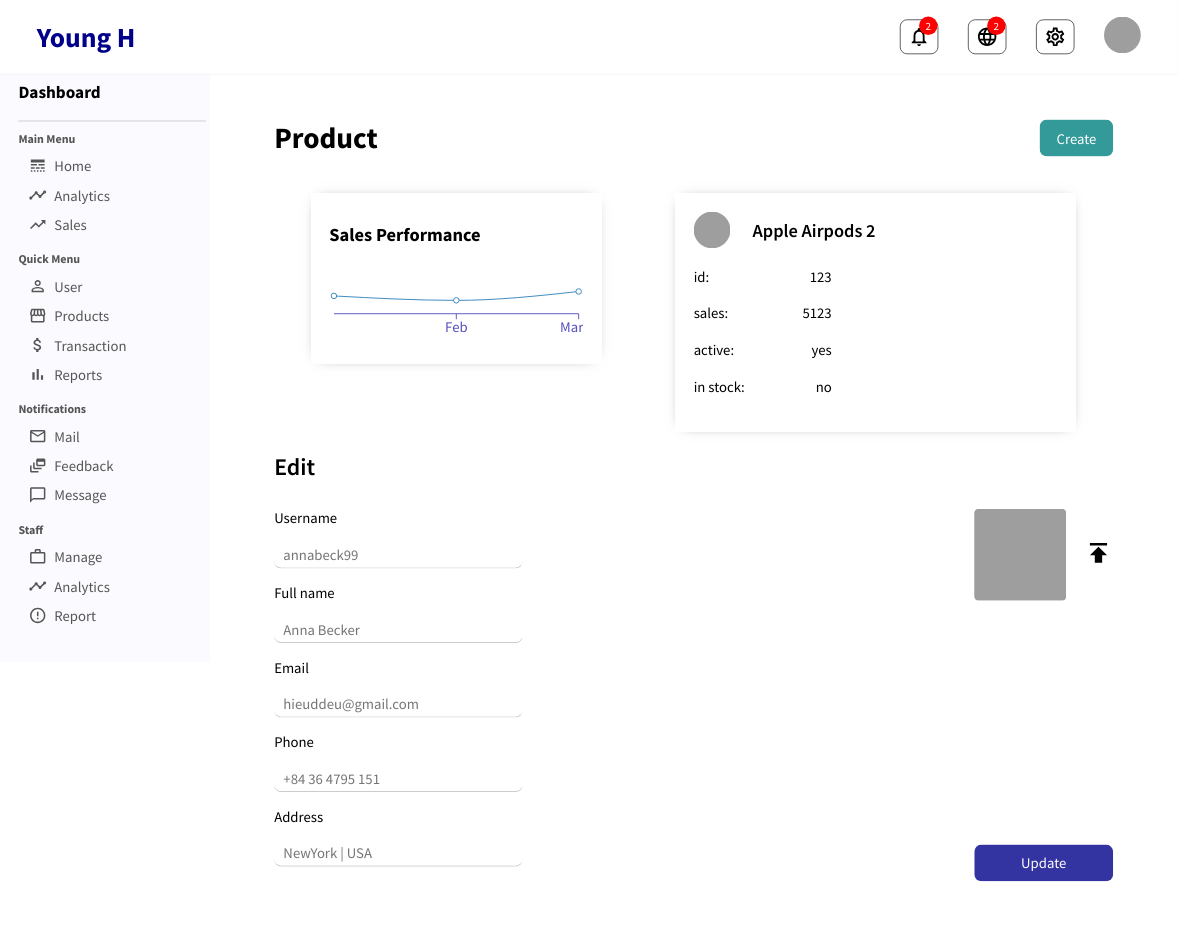
Repository: noname20011/admin
Page: /product/1
An editor plug-in stored every save of this project. The page is shown before and after the next save, followed by the edit.
The browser window is 1280 px wide. The pictures show the whole page, at 92% of full size.
Pictures or frames that could not be fetched are drawn as grey boxes. The project was rebuilt for these pictures with package versions that can differ from the ones it lists, and the page was loaded fresh each time. Also part of the build but not shown: src/pages/home/home.css, src/comopnents/featureInfo/feature.css, src/comopnents/featureInfo/Feature.jsx, src/comopnents/widgetSm/widgetSm.css, src/comopnents/widgetSm/WidgetSm.jsx, src/comopnents/widgetLg/widgetLg.css, src/comopnents/widgetLg/WidgetLg.jsx, src/pages/home/Home.jsx and 9 more.

Above is the page before, as saved 2021-11-14 16:44:33.

### public/index.html
<!DOCTYPE html>
<html lang="en">
  <head>
    <meta charset="utf-8" />
    <meta name="viewport" content="width=device-width, initial-scale=1" />
    <meta name="theme-color" content="#000000" />
    <meta
      name="description"
      content="Web site created using create-react-app"
    />
    <!-- GOOGLE FONTS -->
    <link href="https://fonts.googleapis.com/css2?family=Source+Sans+Pro:wght@200;300;400;600;700;900&display=swap" rel="stylesheet">
    <style>
      * {
        font-family: 'Source Sans Pro', sans-serif;
        padding: 0;
        margin: 0;
      }
    </style>
    <title>React Admin App</title>
  </head>
  <body>
    <div id="root"></div>
  </body>
</html>

### src/App.js
import Topbar from "./comopnents/topbar/Topbar";
import Sidebar from "./comopnents/sidebar/Sidebar";
import Home from "./pages/home/Home.jsx"
import UserList from "./pages/userList/UserList";
import User from "./pages/user/User";
import NewUser from "./pages/newUser/NewUser";
import ProductList from "./pages/productList/ProductList";
import Product from "./pages/product/Product";
import NewProduct from "./pages/newProduct/NewProduct";
import './app.css'

import {BrowserRouter as Router, Routes , Route} from "react-router-dom"
function App() {
  return (
    <div>
      <Router>
        <Topbar/>
        <div className="container">
          <Sidebar/>
          <Routes >
            <Route path="/" exact element={<Home/>}/>
            <Route path="/users" exact element={<UserList/>}/>
            <Route path="/user/:userId" exact element={<User/>}/>
            <Route path="/register" exact element={<NewUser/>}/>
            <Route path="/products" exact element={<ProductList/>}/>
            <Route path="/product/:id" exact element={<Product/>}/>
            <Route path="/addproduct/" exact element={<NewProduct/>}/>
          </Routes>
        </div>
      </Router>
    </div>
  );
}

export default App;

### src/comopnents/topbar/Topbar.jsx
import React from 'react'
import './topbar.css'

import { Language, NotificationsNone, SettingsOutlined  } from '@material-ui/icons'

export default function Topbar() {
    return (
        <div className="topbar">
            <div className="topbarWrapper">
                <div className="topLeft">
                    <div className="logo">Young H</div>
                </div>
                <div className="topRight">
                    <div className="topbarIconContainer">
                        <NotificationsNone/>
                        <div className="topIconsBadge">2</div>
                    </div>
                    <div className="topbarIconContainer">
                        <Language/>
                        <div className="topIconsBadge">2</div>
                    </div>
                    <div className="topbarIconContainer">
                        <SettingsOutlined/>
                    </div>
                    <div>
                        <img src="https://images.pexels.com/photos/1526814/pexels-photo-1526814.jpeg?auto=compress&cs=tinysrgb&dpr=2&w=500" alt="admin" className="topAvatar"/>
                    </div>
                </div>
            </div>
        </div>
    )
}

### src/comopnents/sidebar/Sidebar.jsx
import { AttachMoney, BarChart, ChatBubbleOutline, DynamicFeed, ErrorOutline, LineStyle, MailOutlined, PersonOutline, Storefront, Timeline, TrendingUp,  WorkOutlineOutlined } from '@material-ui/icons'
import React from 'react'
import { Link } from 'react-router-dom'
import "./sidebar.css"
export default function Sidebar() {
    return (
        <div className="sidebar">
            <div className="sidebarWrapper">
                <h3 className="sidebarTitle">Dashboard</h3>
                <div className="sidebarMenu">
                    <h4 className="sidebarMenuTitle">Main Menu</h4>
                    <ul className="sidebarLists">
                        <Link to="/">
                            <li className="sidebarListItem">
                                <LineStyle className="sidebarIcon"/>
                                Home
                            </li>
                        </Link>
                        <li className="sidebarListItem">
                            <Timeline className="sidebarIcon"/>
                            Analytics
                        </li>
                        <li className="sidebarListItem">
                            <TrendingUp className="sidebarIcon"/>
                            Sales
                        </li>
                    </ul>
                </div>
                <div className="sidebarMenu">
                    <h4 className="sidebarMenuTitle">Quick Menu</h4>
                    <ul className="sidebarLists">
                        <Link to="/users">
                            <li className="sidebarListItem">
                                <PersonOutline className="sidebarIcon"/>
                                User
                            </li>
                        </Link>
                        <Link to="/products">
                            <li className="sidebarListItem">
                                <Storefront className="sidebarIcon"/>
                                Products
                            </li>
                        </Link>
                        <li className="sidebarListItem">
                            <AttachMoney className="sidebarIcon"/>
                            Transaction
                        </li>
                        <li className="sidebarListItem">
                            <BarChart className="sidebarIcon"/>
                            Reports
                        </li>
                    </ul>
                </div>
                <div className="sidebarMenu">
                    <h4 className="sidebarMenuTitle">Notifications</h4>
                    <ul className="sidebarLists">
                        <li className="sidebarListItem">
                            <MailOutlined className="sidebarIcon"/>
                            Mail
                        </li>
                        <li className="sidebarListItem">
                            <DynamicFeed className="sidebarIcon"/>
                            Feedback
                        </li>
                        <li className="sidebarListItem">
                            <ChatBubbleOutline className="sidebarIcon"/>
                            Message
                        </li>
                    </ul>
                </div>
                <div className="sidebarMenu">
                    <h4 className="sidebarMenuTitle">Staff</h4>
                    <ul className="sidebarLists">
                        <li className="sidebarListItem">
                            <WorkOutlineOutlined className="sidebarIcon"/>
                            Manage
                        </li>
                        <li className="sidebarListItem">
                            <Timeline className="sidebarIcon"/>
                            Analytics
                        </li>
                        <li className="sidebarListItem">
                            <ErrorOutline className="sidebarIcon"/>
                            Report
                        </li>
                    </ul>
                </div>
            </div>
        </div>
    )
}

### src/pages/product/Product.jsx
import { Publish } from "@material-ui/icons"
import { Link } from "react-router-dom"
import Chart from "../../comopnents/chart/Chart"
import { productData } from "../../dummyData.js"
import "./product.css"

export default function Product() {
    return (
        <div className="product">
            <div className="productTitleContainer">
                <h1 className="productTitle">Product</h1>
                <Link to="/addproduct">
                    <button className="productAddBtn">
                        Create
                    </button>
                </Link>
            </div>
            <div className="productTop">
                <div className="productTopLeft">
                    <Chart title="Sales Performance" dataKey="Sales" data={productData}/>
                </div>
                <div className="productTopRight">
                    <div className="productInfoTop">
                        <img src="https://images.pexels.com/photos/7156886/pexels-photo-7156886.jpeg?auto=compress&cs=tinysrgb&dpr=2&w=500" alt="" className="productInfoImg"/>
                        <span className="productName">Apple Airpods 2</span>
                    </div>
                    <div className="productInfoBottom">
                        <div className="productInfoItem">
                            <span className="productInfoKey">id: </span>
                            <span className="productInfoValue">123</span>
                        </div>
                        <div className="productInfoItem">
                            <span className="productInfoKey">sales: </span>
                            <span className="productInfoValue">5123</span>
                        </div>
                        <div className="productInfoItem">
                            <span className="productInfoKey">active: </span>
                            <span className="productInfoValue">yes</span>
                        </div>
                        <div className="productInfoItem">
                            <span className="productInfoKey">in stock: </span>
                            <span className="productInfoValue">no</span>
                        </div>
                    </div>
                </div>
            </div>
            <div className="productBottom">
                <span className="userUpdateTitle">Edit</span>
                <form action="" className="UserUpdateForm">
                    <div className="userUpdateLeft">
                        <div className="userUpdateItem">
                            <label>Username</label>
                            <input type="text"
                            placeholder="annabeck99" className="userUpdateInput" />
                        </div>
                        <div className="userUpdateItem">
                            <label>Full name</label>
                            <input type="text"
                            placeholder="Anna Becker" className="userUpdateInput" />
                        </div>
                        <div className="userUpdateItem">
                            <label>Email</label>
                            <input type="email"
                            placeholder="hieuddeu@gmail.com" className="userUpdateInput" />
                        </div>
                        <div className="userUpdateItem">
                            <label>Phone</label>
                            <input type="text"
                            placeholder="+84 36 4795 151" className="userUpdateInput" />
                        </div>
                        <div className="userUpdateItem">
                            <label>Address</label>
                            <input type="text"
                            placeholder="NewYork | USA" className="userUpdateInput" />
                        </div>
                    </div>
                    <div className="userFormRight">
                        <div className="userUpdateUpload">
                            <img src="https://images.pexels.com/photos/7156886/pexels-photo-7156886.jpeg?auto=compress&cs=tinysrgb&dpr=2&w=500" alt="" className="userFormImg" />
                            <label htmlFor="file">
                                <Publish className="userUpdateIcon"/>
                            </label>
                            <input type="file" id="file" style={{ display: "none" }} />
                        </div>
                        <button className="userUpdateButton">Update</button>
                    </div>
                </form>
            </div>
        </div>
    )
}

### src/app.css
ul, li {
    list-style: none;
}

a {
    text-decoration: none;
}

.container {
    display: flex;
}

.other {
    flex: 4;
}

button, input {
    border: none;
    outline: none;
}

### src/comopnents/topbar/topbar.css
.topbar {
    width: 100%;
    height: 80px;
    background: #fff;
    box-shadow: 0 .5px 2px rgba(0, 0, 0, 0.07);

    position: sticky;
    top: 0;
    z-index: 1000;
}

.topbarWrapper {
    height: 100%;
    padding: 0 40px;
    display: flex;
    justify-content: space-between;
    align-items: center;
}

.logo {
    font-weight: bold;
    font-size: 30px;
    color: darkblue;
    cursor: pointer;
}

.topRight {
    display: flex;
    align-items: center;
    column-gap: 2rem;
}
.topbarIconContainer {
    position: relative;
    cursor: pointer;
    width: 40px;
    height: 36px;
    border: 1px solid #555;
    border-radius: .5rem;
    display: flex;
    align-items: center;
    justify-content: center;
}

.topbarIconContainer:hover {
    background-color: rgb(248, 246, 246);
}

.topIconsBadge {
    font-size: 12px;
    position: absolute;
    top: -4px;
    right: 0px;

    width: 20px;
    height: 20px;
    background-color: red;
    color: #fff;
    border-radius: 50%;

    display: flex;
    place-content: center;
    place-items: center;
}

.topAvatar {
    width: 40px;
    height: 40px;
    object-fit: cover;
    border-radius: 50%;
    cursor: pointer;
}

### src/comopnents/sidebar/sidebar.css
.sidebar {
    flex: 1;
    background-color: rgb(251, 251, 255);
    position: sticky;
    top: 80px;
    height: calc(100vh - 80px);
}

.sidebarWrapper {
    padding: 8px 4px 0 20px;
}

.sidebarTitle {
    padding-bottom: 20px;
    margin-bottom: 10px;
    border-bottom: 1px solid #ccc;
}

.sidebarMenu {
    margin-bottom: 8px;
}

.sidebarMenuTitle {
    color: #555;
    font-size: 13px;
}

.sidebarLists {
    padding: 5px;
}

.sidebarListItem {
    display: flex;
    align-items: center;
    column-gap: .5rem;

    padding: 6px;
    color: #555;
    cursor: pointer;
    border-radius: .5rem;
}

.sidebarListItem.active,
.sidebarListItem:hover {
    background-color: rgb(225, 225, 255);
}

.sidebarIcon {
    font-size: 20px!important;
}

### src/comopnents/chart/Chart.jsx
import "./chart.css"
import { LineChart, Line, XAxis, YAxis, CartesianGrid, Tooltip, Legend, ResponsiveContainer } from 'recharts';



export default function Chart({ title, data, dataKey, grid }) {

    return (
        <div className="chart">
            <h3 className="chartTitle">{title}</h3>
            <ResponsiveContainer width="100%" aspect={4 / 1}>
                <LineChart data={data}>
                    <XAxis dataKey="name" stroke="#5550bd"/>
                    <Line type="monotone" dataKey={dataKey}/>
                    <Tooltip />
                    {grid && <CartesianGrid stroke="#e0dfdf" strokeDasharray="5 5" />}
                </LineChart>
            </ResponsiveContainer>
        </div>
    )
}

### src/pages/user/user.css
.user {
    flex: 4;
    margin: 20px 40px;
    padding: 30px;
}

.userTitleContainer {
    display: flex;
    justify-content: space-between;
    margin-bottom: 20px;
}

.userAddBtn {
    width: 80px;
    border-radius: .5rem;
    background-color: teal;
    padding: 10px 8px;

    color: #fff;
    font-size: 16px;
    cursor: pointer;
    opacity: 0.8;
}

.userAddBtn:hover {
    opacity: 1;
}
.userContainer {
    display: flex;
    justify-content: space-between;
    column-gap: 5rem;
}
.userShow {
    flex: 1;
    margin: 20px 0;
    padding: 30px;
    -webkit-box-shadow: 0px 0px 15px -10px rgba(0, 0, 0, 0.75);
    box-shadow: 0px 0px 15px -10px rgba(0, 0, 0, 0.75);
}

.userShowTop {
    display: flex;
    column-gap: 1.5rem;
    align-items: center;
}

.userShowTopInfo {
    display: flex;
    flex-direction: column;
    row-gap: .1rem;
}

.userShowName {
    font-size: 20px;
    font-weight: 600;
}

.userShowJob {
    font-size: 16px;
    font-weight: 300;
}

.userShowImg {
    width: 40px;
    height: 40px;
    border-radius: 50%;
    object-fit: cover;
}

.userShowTitle {
    font-size: 14px;
    font-weight: 600;
    color: rgb(175, 170, 170);
    display: block;
    margin-top: 20px;
}

.userShowBottomInfo {
    display: flex;
    align-items: center;
    column-gap: 1rem;

    margin: 20px 0 20px 5px;
    color: #444;
}

.userShowIcon {
    font-size: 16px !important;
}
.userUpdate {
    flex: 2;
    margin: 20px 0;
    padding: 30px;
    -webkit-box-shadow: 0px 0px 15px -10px rgba(0, 0, 0, 0.75);
    box-shadow: 0px 0px 15px -10px rgba(0, 0, 0, 0.75);
}

.userUpdateTitle {
    font-size: 26px;
    font-weight: 600;
}

.UserUpdateForm {
    margin-top: 30px;
    display: flex;
    justify-content: space-between;
}


.userUpdateItem {
    display: flex;
    flex-direction: column;
    row-gap: 1rem;
    margin-bottom: 16px;
}

.userUpdateInput {
    width: 250px;
    border-bottom: 1px solid #bbb;
    border-bottom-left-radius: .5rem;
    border-bottom-right-radius: .5rem;
    padding: 4px 10px;
    font-size: 16px;
}

.userFormRight {
    display: flex;
    flex-direction: column;
    justify-content: space-between;
}

.userUpdateUpload {
    display: flex;
    align-items: center;
    justify-content: center;
    column-gap: 1.2rem;
}
.userFormImg {
    width: 100px;
    height: 100px;
    object-fit: cover;
    border-radius: .3rem;
}

.userUpdateIcon {
    font-size: 32px !important;
    cursor: pointer;
}

.userUpdateButton {
    padding: 10px 12px;
    border-radius: .5rem;
    background-color: darkblue;
    color: #fff;
    font-size: 16px;
    cursor: pointer;
    opacity: 0.8;
}

.userUpdateButton:hover {
    opacity: 1;
}

### src/pages/product/product.css
.product {
    flex: 4;
    margin: 20px 40px;
    padding: 30px;
}

.productTitleContainer {
    display: flex;
    justify-content: space-between;
    margin-bottom: 20px;
}

.productAddBtn {
    width: 80px;
    border-radius: .5rem;
    background-color: teal;
    padding: 10px 8px;

    color: #fff;
    font-size: 16px;
    cursor: pointer;
    opacity: 0.8;
}

.productAddBtn:hover {
    opacity: 1;
}

.productTop {
    display: flex;
}

.productTopLeft {
    flex: 1;
}

.productTopRight {
    flex: 1;
    -webkit-box-shadow: 0px 0px 15px -10px rgba(0, 0, 0, 0.75);
    box-shadow: 0px 0px 15px -10px rgba(0, 0, 0, 0.75);
    margin: 20px 40px;
    padding: 20px;
}

.productInfoTop {
    display: flex;
    align-items: center;
    column-gap: 1.5rem;
    margin-bottom: 20px;
}

.productInfoImg {
    width: 40px;
    height: 40px;
    border-radius: 50%;
    object-fit: cover;
}

.productName {
    font-weight: 600;
    font-size: 20px;
}

.productInfoItem {
    display: flex;
    justify-content: space-between;
    width: 150px;
    margin-bottom: 20px;
}

### src/comopnents/chart/chart.css
.chart {
    -webkit-box-shadow: 0px 0px 15px -10px rgba(0, 0, 0, 0.75);
    box-shadow: 0px 0px 15px -10px rgba(0, 0, 0, 0.75);
    margin: 20px 40px;
    padding: 20px;
}

.chartTitle {
    font-size: 20px;
    margin: 12px 0 40px;

}

Loaded but not shown: src/index.js (common file); src/dummyData.js (225 lines, source omitted)

After the next save:
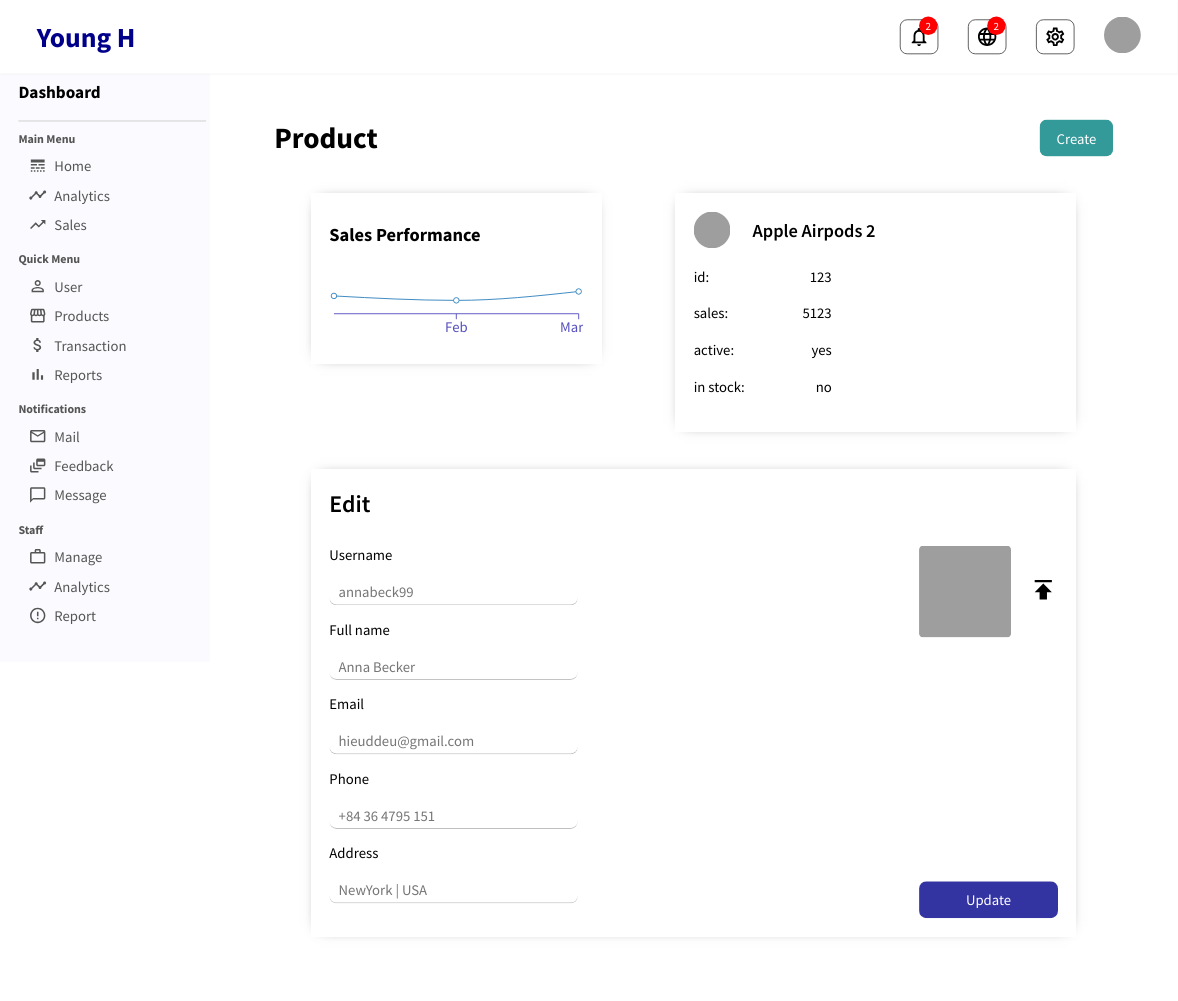
Saved 27 s later.
--- a/src/pages/product/product.css
+++ b/src/pages/product/product.css
@@ -67,3 +67,10 @@
     width: 150px;
     margin-bottom: 20px;
 }
+
+.productBottom {
+    -webkit-box-shadow: 0px 0px 15px -10px rgba(0, 0, 0, 0.75);
+    box-shadow: 0px 0px 15px -10px rgba(0, 0, 0, 0.75);
+    margin: 20px 40px;
+    padding: 20px;
+}
